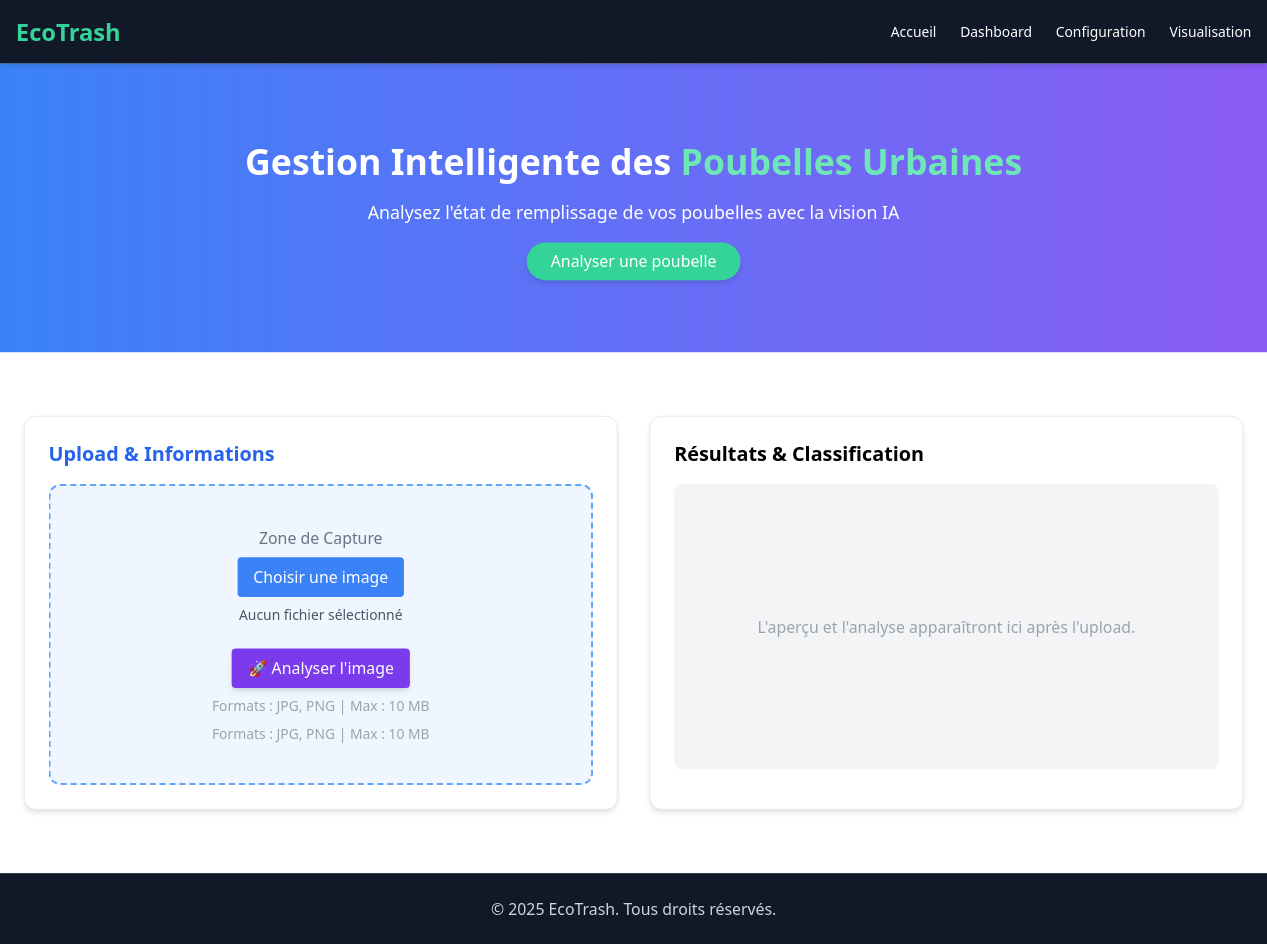
Repository: BaptGBM/MASTERCAMP
Page: http://localhost/
An editor plug-in stored every save of this project. The page is shown before and after the next save, followed by the edit.
The browser window is 1280 px wide. The pictures show the whole page, at 99% of full size.
The page is served by the project's application, run on Flask 3 (app.py). Queries for data that is not in the repository find no rows.

Above is the page before, as saved 2025-06-30 13:06:48.

After the next save:
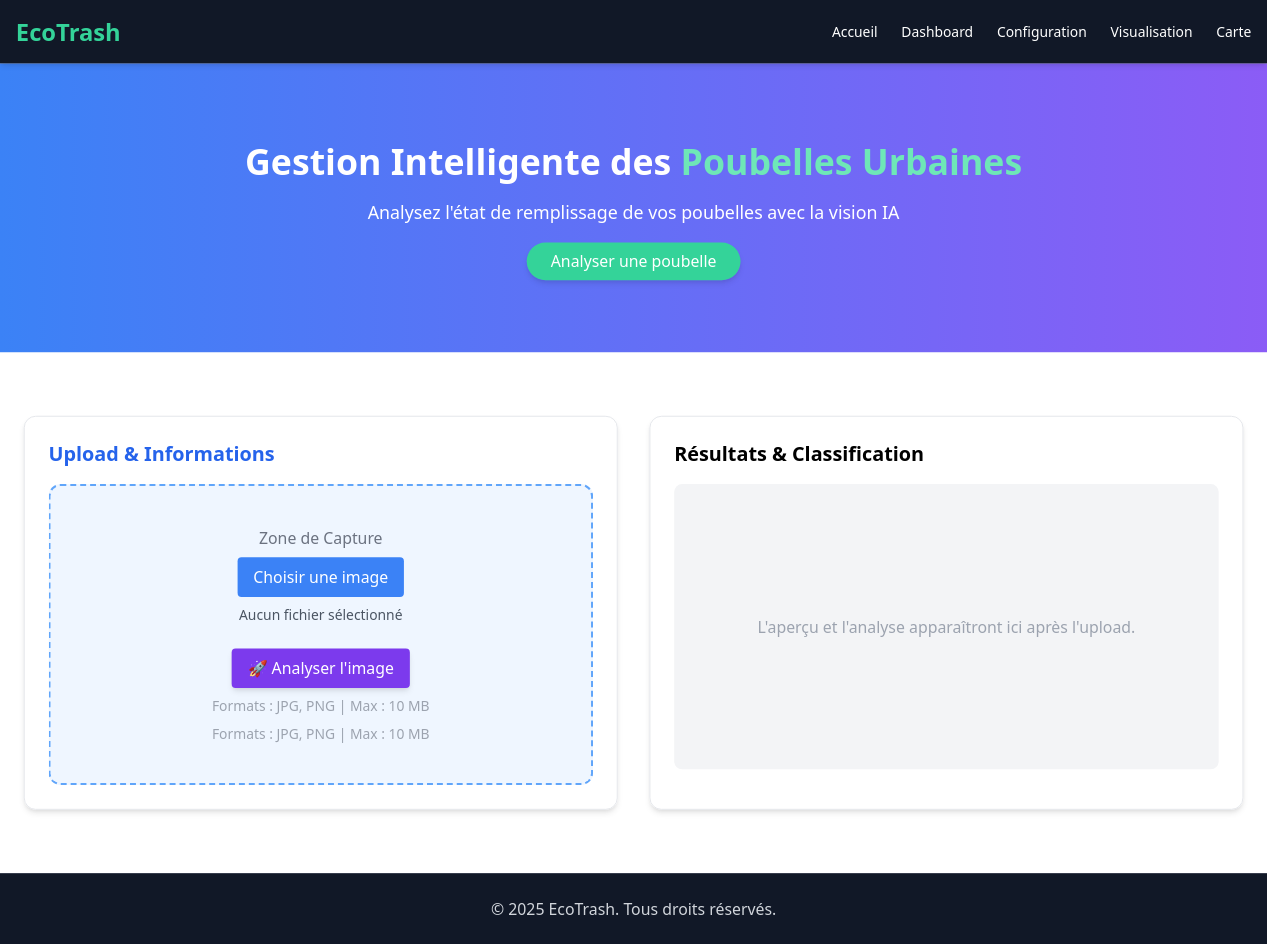
Saved 68 s later.
--- a/templates/index.html
+++ b/templates/index.html
@@ -25,7 +25,7 @@
           <a href="{{ url_for('dashboard') }}" class="hover:underline">Dashboard</a>
           <li><a href="{{ url_for('config') }}" class="hover:underline">Configuration</a></li>
           <li><a href="{{ url_for('visualisation') }}" class="hover:underline">Visualisation</a></li>
-
+          <li><a href="{{ url_for('map_view') }}" class="hover:underline">Carte</a></li>
         </ul>
       </nav>
     </div>
